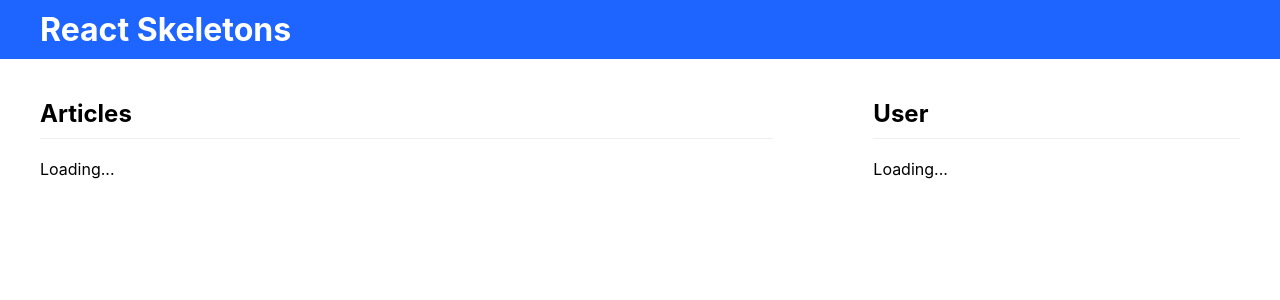
Repository: hwangstar156/React-skeleton-image
Page: /
These files come from the project's save history. The page is drawn as it stood at one moment and after the next save; the edit follows.
The browser window is 1280 px wide. The pictures show the whole page.
The page's requests for data from a server got no answer. The project was rebuilt for these pictures with package versions that can differ from the ones it lists, and the page was loaded fresh each time. No one was signed in, and anything a server would have sent is missing.

Above is the page before, as saved 2021-10-02 01:07:21.

### src/index.css
body {
  margin: 0;
  font-family: -apple-system, BlinkMacSystemFont, 'Segoe UI', 'Roboto', 'Oxygen',
    'Ubuntu', 'Cantarell', 'Fira Sans', 'Droid Sans', 'Helvetica Neue',
    sans-serif;
  -webkit-font-smoothing: antialiased;
  -moz-osx-font-smoothing: grayscale;
}

code {
  font-family: source-code-pro, Menlo, Monaco, Consolas, 'Courier New',
    monospace;
}

header {
  background : #1e65ff;
  padding : 10px;
}

header h1 {
  color : white;
  max-width: 1200px;
  margin : 0 auto;
}

h2 {
  padding-bottom : 10px;
  border-bottom: 1px solid #eee;
}

.content {
  width : 100%;
  max-width: 1200px;
  margin: 0 auto;
  padding : 20px;
  display: grid;
  grid-template-columns: 2fr 1fr;
  gap : 100px;
}

### src/App.js
import React from "react";

import Articles from "./component/Article";
import User from "./component/User";
function App() {
  return (
    <div className="App">
      <header>
        <h1>React Skeletons</h1>
      </header>
      <div className="content">
        <Articles />
        <User />
      </div>
    </div>
  );
}

export default App;

### src/component/Article.js
import React, { useEffect, useState } from "react";

const Articles = () => {
  const [articles, setArticles] = useState(null);

  useEffect(() => {
    setTimeout(async () => {
      const res = await fetch("https://jsonplaceholder.typicode.com/posts");
      const data = await res.json();
      setArticles(data);
    }, 5000);
  }, []);
  return (
    <div className="articles">
      <h2>Articles</h2>
      {articles &&
        articles.map((article) => (
          <div className="article" key={article.id}>
            <h3>{article.title}</h3>
            <p>{article.body}</p>
          </div>
        ))}
      {!articles && <div>Loading...</div>}
    </div>
  );
};

export default Articles;

### src/component/User.js
import React, { useState, useEffect } from "react";

const User = () => {
  const [profile, setProfile] = useState(null);

  useEffect(() => {
    setTimeout(async () => {
      const res = await fetch("https://jsonplaceholder.typicode.com/users/1");
      const data = await res.json();
      setProfile(data);
    }, 5000);
  }, []);
  return (
    <div className="user">
      <h2>User</h2>
      {profile && (
        <div className="profile" key={profile.id}>
          <h3>{profile.username}</h3>
          <p>{profile.email}</p>
          <a href={profile.website}>{profile.website}</a>
        </div>
      )}

      {!profile && <div>Loading...</div>}
    </div>
  );
};

export default User;

### src/skeletons/skeleton.element.js
import React from "react";
import "./skeleton.css";
const SkeletonElement = ({ type }) => {
  const classes = `skeleton ${type}`;
  return <div className={classes}></div>;
};

export default SkeletonElement;

### src/skeletons/skeleton.css
/* basic styles */

.skeleton {
    background: #ddd;
    margin : 10px 0;
    border-radius: 4px;

}

.skeleton.text {
    width : 100%;
    height : 12px;
}

.skeleton.title {
    width: 50%;
    height: 20px;
    margin-bottom: 15px;
}

.skeleton.avatar{
    width: 100px;
    height: 100px;
    border-radius: 50%;
}

.skeleton.thumbnail {
    width: 100px;
    height : 100px;
}

Loaded but not shown: public/index.html (common file); src/index.js (common file)

After the next save:
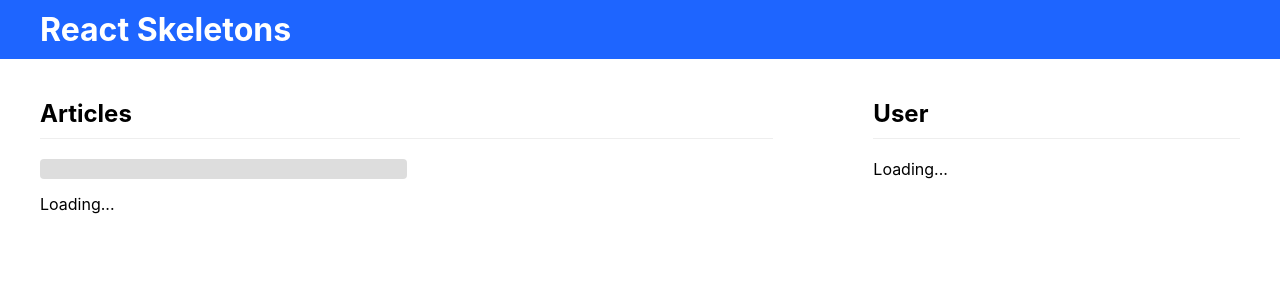
Saved 57 s later.
--- a/src/component/Article.js
+++ b/src/component/Article.js
@@ -1,4 +1,5 @@
 import React, { useEffect, useState } from "react";
+import SkeletonElement from "../skeletons/skeleton.element";
 
 const Articles = () => {
   const [articles, setArticles] = useState(null);
@@ -13,6 +14,9 @@ const Articles = () => {
   return (
     <div className="articles">
       <h2>Articles</h2>
+
+      <SkeletonElement type="title" />
+
       {articles &&
         articles.map((article) => (
           <div className="article" key={article.id}>
